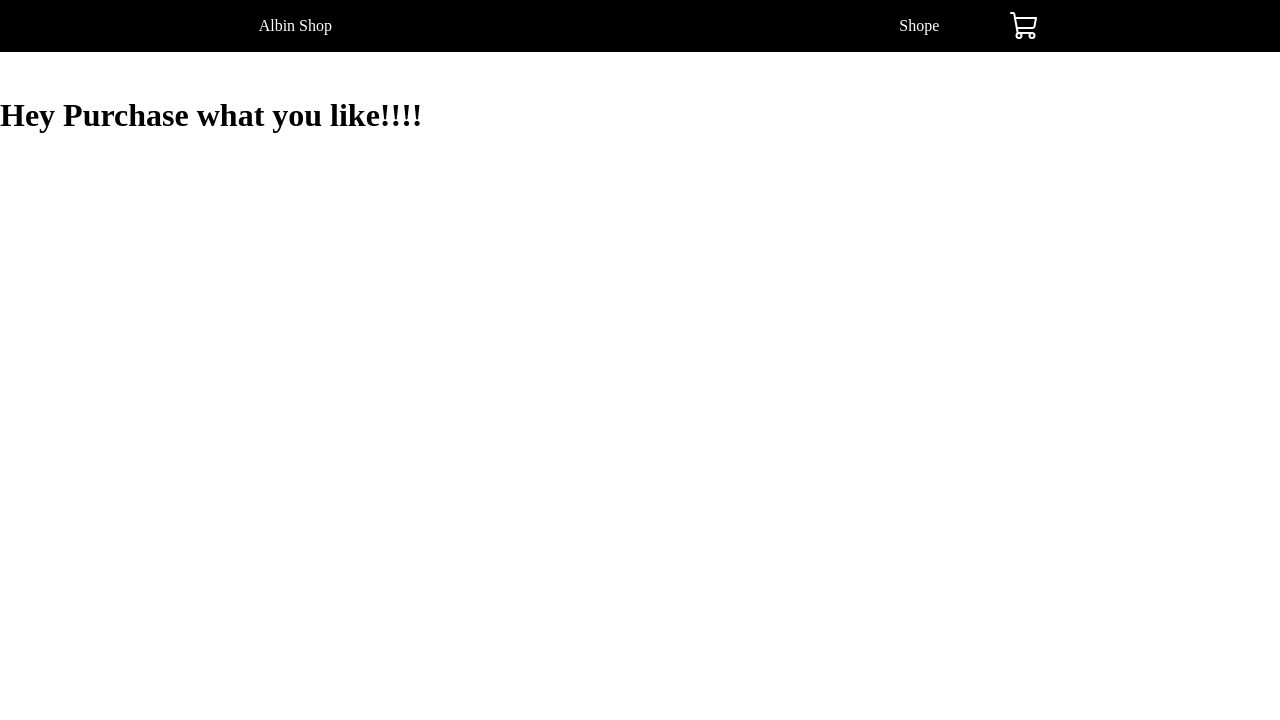
Repository: albinsabu2023/e-commerce-frontend
Page: /cart
These files come from the project's save history. The page is drawn as it stood at one moment and after the next save; the edit follows.
The browser window is 1280 px wide. The pictures show the whole page.
The project was rebuilt for these pictures with package versions that can differ from the ones it lists, and the page was loaded fresh each time. Also part of the build but not shown: src/components/pages/Cart/CartItem.css, src/components/pages/Cart/CartCard.jsx, src/Product.css, src/components/Product.jsx, src/components/pages/Shop/Shop.css, src/components/pages/Shop/Shop.jsx.

Above is the page before, as saved 2024-02-11 01:31:02.

### public/index.html
<!DOCTYPE html>
<html lang="en">
  <head>
    <meta charset="utf-8" />
    <link rel="icon" href="%PUBLIC_URL%/favicon.ico" />
    <meta name="viewport" content="width=device-width, initial-scale=1" />
    <meta name="theme-color" content="#000000" />
    <meta
      name="description"
      content="Web site created using create-react-app"
    />
    <link rel="apple-touch-icon" href="%PUBLIC_URL%/logo192.png" />
    <!--
      manifest.json provides metadata used when your web app is installed on a
      user's mobile device or desktop. See https://developers.google.com/web/fundamentals/web-app-manifest/
    -->
    <link rel="manifest" href="%PUBLIC_URL%/manifest.json" />
    <!--
      Notice the use of %PUBLIC_URL% in the tags above.
      It will be replaced with the URL of the `public` folder during the build.
      Only files inside the `public` folder can be referenced from the HTML.

      Unlike "/favicon.ico" or "favicon.ico", "%PUBLIC_URL%/favicon.ico" will
      work correctly both with client-side routing and a non-root public URL.
      Learn how to configure a non-root public URL by running `npm run build`.
    -->
    <link rel="stylesheet" href="./index.css">
    <title>React App</title>
  </head>
  <body>
    <noscript>You need to enable JavaScript to run this app.</noscript>
    <div id="root"></div>
    <!--
      This HTML file is a template.
      If you open it directly in the browser, you will see an empty page.

      You can add webfonts, meta tags, or analytics to this file.
      The build step will place the bundled scripts into the <body> tag.

      To begin the development, run `npm start` or `yarn start`.
      To create a production bundle, use `npm run build` or `yarn build`.
    -->
  </body>
</html>

### src/App.js
import { BrowserRouter as Router, Routes, Route } from "react-router-dom";
import Navbar from "./components/Navbar";
import Cart from "./components/pages/Cart/Cart.jsx";
import Shop from "./components/pages/Shop/Shop.jsx";
import ShopContextProvider from "./context/ShopContext.jsx";
function App() {
  return (
    <div className="App">
      <ShopContextProvider>
        <Router>
          <Navbar className="navBar" />
          <Routes>
            <Route path="/" element={<Shop />} />
            <Route path="/cart" element={<Cart />} />
          </Routes>
        </Router>
      </ShopContextProvider>
    </div>
  );
}

export default App;

### src/components/Navbar.js
import React from "react";
import { Link } from "react-router-dom";
import { ShoppingCart } from "phosphor-react";
import "./NavBar.css";
function Navbar() {
  return (
    <div className="NavBar">
      <div lassName="shopName">
        <Link to="/">Albin Shop</Link>
      </div>

      <div className="navBarEnd">
        <Link to="/">Shope</Link>
        <Link to="/cart">
          <ShoppingCart size={32} />
        </Link>
      </div>
    </div>
  );
}

export default Navbar;

### src/components/pages/Cart/Cart.jsx
import React, { useContext } from "react";
import { PRODUCTS } from "../../../Products";
import { ShopContext } from "../../../context/ShopContext";
import CartCard from "./CartCard";
import "./Cart.css";
import { useNavigate } from "react-router-dom";
function Cart() {
  const { cartItems, getTotalCartAmount } = useContext(ShopContext);
  const tot = getTotalCartAmount();
  const navigate = useNavigate();
  return (
    <div className="cart">
      <div className="cartTitle">
        <h1>Your Cart Items</h1>
      </div>
      <div className="cartItems">
        {PRODUCTS.map((product) => {
          if (cartItems[product.id] !== 0) {
            return <CartCard data={product} />;
          }
        })}
      </div>
      {tot > 0 ? (
        <div className="checkout">
          <p>Total :${tot}</p>
          <button onClick={() => navigate("/")}>Countinue Shopping</button>
          <button>Check out</button>
        </div>
      ) : (
        <h1>Hey Purchase what you like!!!!</h1>
      )}
    </div>
  );
}

export default Cart;

### src/context/ShopContext.jsx
import React, { createContext, useState } from "react";

import { PRODUCTS } from "../Products";
export const ShopContext = createContext(null);
const getDefaultCart = () => {
  let cart = {};
  for (let i = 1; i < PRODUCTS.length + 1; i++) {
    cart[i] = 0;
  }

  return cart;
};

function ShopContextProvider(props) {
  const [cartItems, setCartItems] = useState(getDefaultCart());
  const addToCart = (itemId) => {
    setCartItems((prev) => ({
      ...prev,
      [itemId]: prev[itemId] + 1,
    }));
  };
  const removeFromCart = (itemId) => {
    setCartItems((prev) => ({ ...prev, [itemId]: prev[itemId] - 1 }));
  };
  const updateCartItemCount = (newAmount, itemId) => {
    setCartItems((prev) => ({ ...prev, [itemId]: newAmount }));
  };
  const getTotalCartAmount = () => {
    let tot = 0;
    for (const item in cartItems) {
      if (cartItems[item] > 0) {
        let ItemInfo = PRODUCTS.find((product) => product.id === Number(item));
        tot += cartItems[item] * ItemInfo.price;
      }
    }
    return tot;
  };
  const contextValue = {
    cartItems,
    addToCart,
    removeFromCart,
    updateCartItemCount,
    getTotalCartAmount,
  };

  return (
    <ShopContext.Provider value={contextValue}>
      {props.children}
    </ShopContext.Provider>
  );
}

export default ShopContextProvider;

### src/components/NavBar.css
.NavBar{
    background-color: black;
    padding: 10px;
    display: flex;
    align-items: center;
    justify-content: space-around;
    z-index: 1;
    position: fixed;
    top: 0;
    width: 100%;
}

.shopName{
    justify-self: flex-start;
}
.NavBar  a{
    display: flex;
    align-items: center;
    text-decoration: none;
    color: white;


}
.navBarEnd {
    display: flex;
}

.navBarEnd a{
    margin-left: 70px;
}

### src/Products.js
import p1 from "./assets/1.png";
import p2 from "./assets/2.png";
import p3 from "./assets/3.png";
import p4 from "./assets/4.png";
import p5 from "./assets/5.png";
import p6 from "./assets/6.webp";
import p7 from "./assets/7.webp";
import p8 from "./assets/8.webp";

export const PRODUCTS = [
  {
    id: 1,
    productName: "Iphone",
    price: 999,
    productImage: p1,
  },
  {
    id: 2,
    productName: "MacBook",
    price: 99901,
    productImage: p2,
  },
  {
    id: 3,
    productName: "Canon M50",
    price: 8999,
    productImage: p3,
  },
  {
    id: 4,
    productName: "ELS Jacket",
    price: 228,
    productImage: p4,
  },
  {
    id: 5,
    productName: "Led Llight string",
    price: 19.9,
    productImage: p5,
  },
  {
    id: 6,
    productName: "Spectrum ls Tee",
    price: 68.9,
    productImage: p6,
  },
  {
    id: 7,
    productName: "Shirt Golf Wang",
    price: 190,
    productImage: p7,
  },
  {
    id: 8,
    productName: "Dont'trip unstructured",
    price: 40.0,
    productImage: p8,
  },
];

### src/components/pages/Cart/Cart.css
.cart {
    display: flex;
    flex-direction: column;
    overflow-y:scroll;

}
.cartTitle{
    font-weight: bold;
     text-align: center;
      text-transform: uppercase;
}



.cartItems {
    display: grid;
    grid-template-columns: repeat(auto-fit, minmax(300px, 1fr));
    grid-gap: 40px;
    margin: 30px;

}
.checkout{
    background-color: black;
    display: flex;
    color: white;
    padding:20px;
    align-items: center;
   justify-content: space-evenly;
    position: fixed;
    bottom: 0;
    width: 100%;
    z-index: 1;

}
.checkout p{
    background-color: white;
    color: black;
    font-weight: bold;
    padding: 10px 15px;
    border-radius: 20px;
    overflow-x: auto;

}
.checkout button{


    margin:2px 30px;
    border:none;
    padding: 10px 15px;
    border-radius: 15px;
    font-weight: bold;
    background-color: rgb(4, 114, 79);
    color: white;
    cursor: pointer;
}
.checkout button:hover {
   background-color: rgb(1, 146, 100);

}

Loaded but not shown: src/index.js (common file); public/index.css (common file)

After the next save:
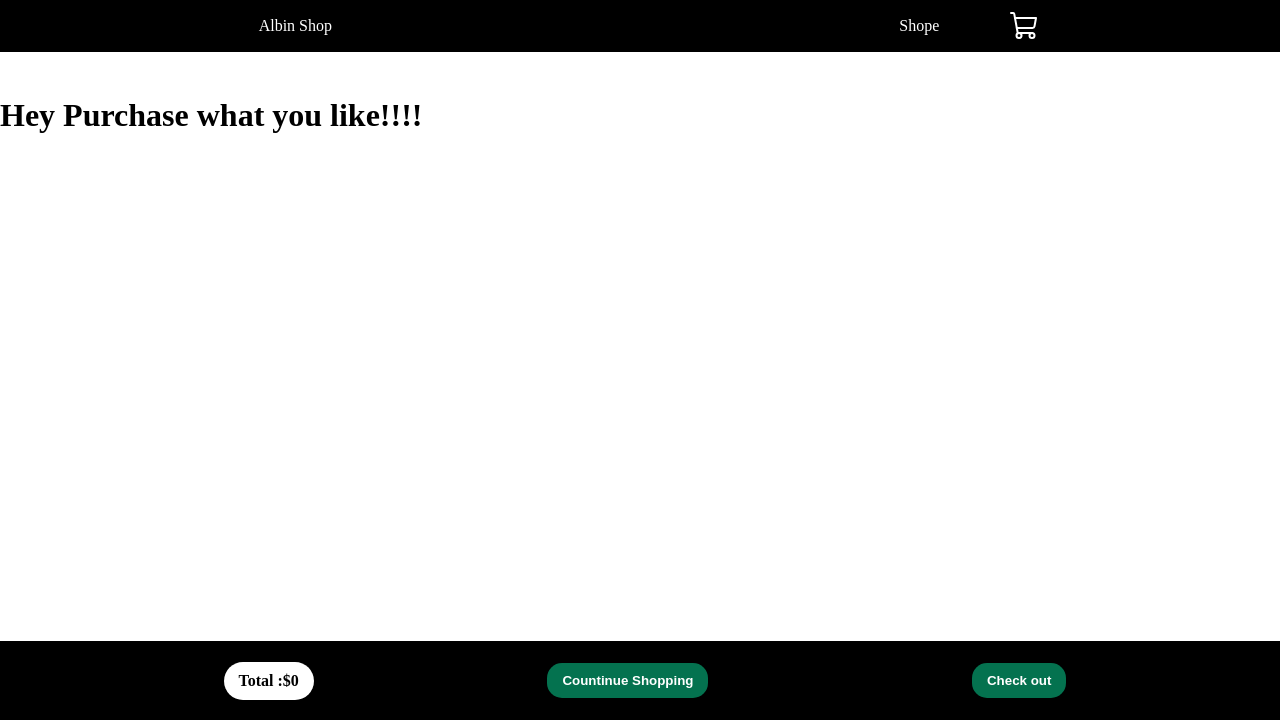
Saved 39 s later.
--- a/src/components/pages/Cart/Cart.jsx
+++ b/src/components/pages/Cart/Cart.jsx
@@ -20,15 +20,15 @@
           }
         })}
       </div>
-      {tot > 0 ? (
-        <div className="checkout">
-          <p>Total :${tot}</p>
-          <button onClick={() => navigate("/")}>Countinue Shopping</button>
-          <button>Check out</button>
-        </div>
-      ) : (
-        <h1>Hey Purchase what you like!!!!</h1>
-      )}
+      {/* {tot > 0 ? ( */}
+      <div className="checkout">
+        <p>Total :${tot}</p>
+        <button onClick={() => navigate("/")}>Countinue Shopping</button>
+        <button>Check out</button>
+      </div>
+      {/* ) : ( */}
+      <h1>Hey Purchase what you like!!!!</h1>
+      {/* )} */}
     </div>
   );
 }

After the save that followed:
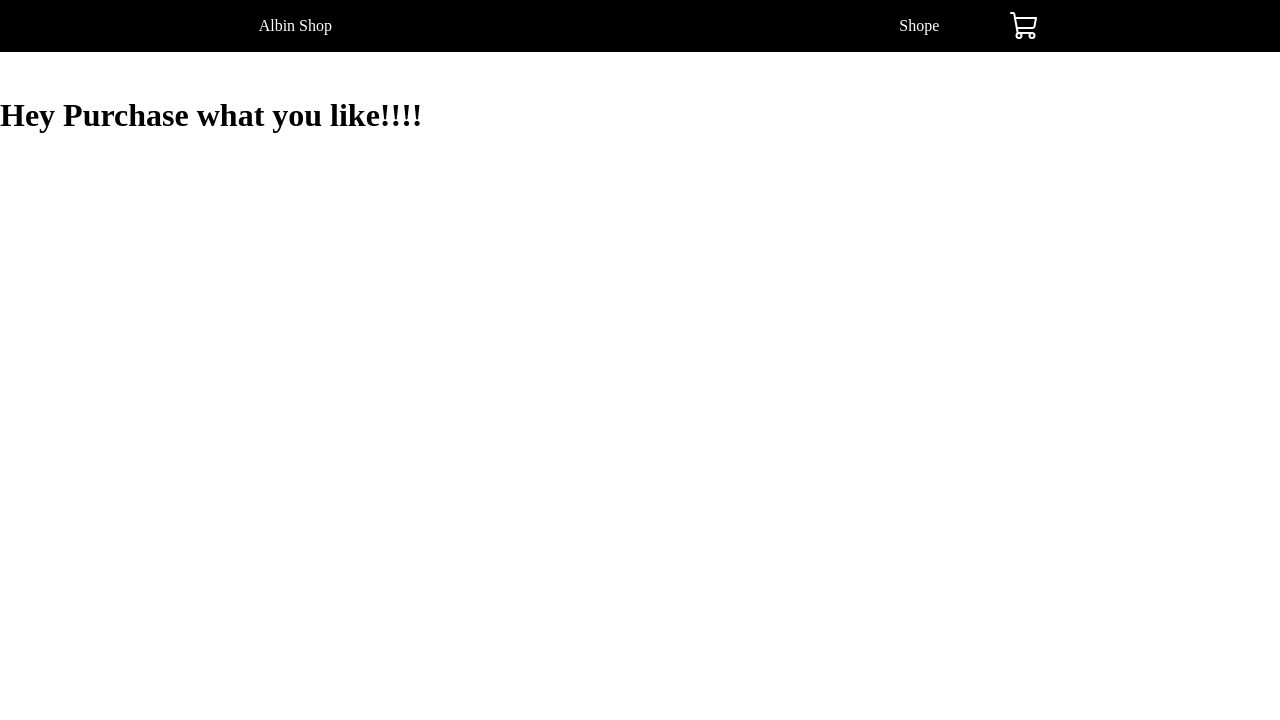
Saved 19 s later.
--- a/src/components/pages/Cart/Cart.jsx
+++ b/src/components/pages/Cart/Cart.jsx
@@ -20,15 +20,15 @@
           }
         })}
       </div>
-      {/* {tot > 0 ? ( */}
-      <div className="checkout">
-        <p>Total :${tot}</p>
-        <button onClick={() => navigate("/")}>Countinue Shopping</button>
-        <button>Check out</button>
-      </div>
-      {/* ) : ( */}
-      <h1>Hey Purchase what you like!!!!</h1>
-      {/* )} */}
+      {tot > 0 ? (
+        <div className="checkout">
+          <p>Total :${tot}</p>
+          <button onClick={() => navigate("/")}>Countinue Shopping</button>
+          <button>Check out</button>
+        </div>
+      ) : (
+        <h1>Hey Purchase what you like!!!!</h1>
+      )}
     </div>
   );
 }
